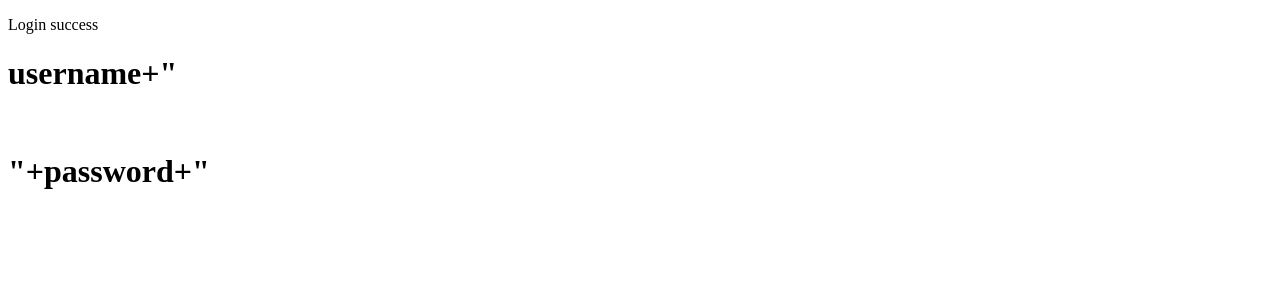
Repository: Bindu2296/allProjects
Page: http://localhost/Jspforms/log.jsp
These files come from the project's save history. The page is drawn as it stood at one moment and after the next save; the edit follows.
The browser window is 1280 px wide. The pictures show the whole page.
The page is served by Tomcat 9.

Above is the page before, as saved 2019-03-26 11:48:42.

After the next save:
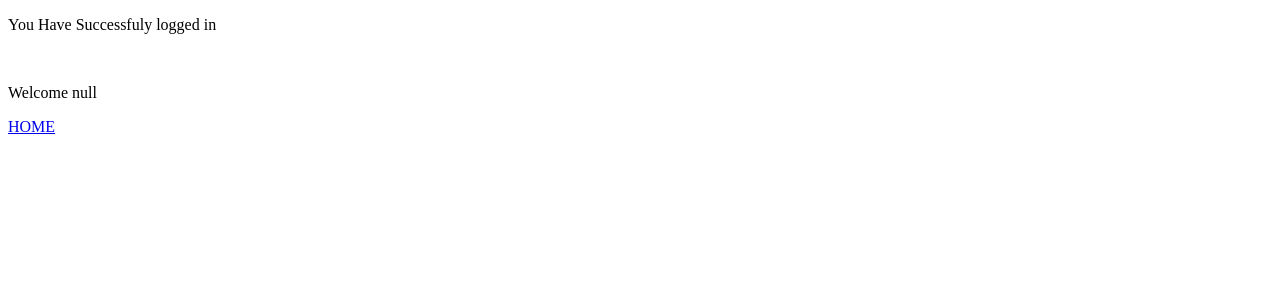
Saved 3 min 27 s later.
--- a/Jspforms/src/main/webapp/log.jsp
+++ b/Jspforms/src/main/webapp/log.jsp
@@ -2,5 +2,12 @@
     pageEncoding="ISO-8859-1"%>
 <!DOCTYPE html>
 			<html><body>
-		<p>Login success</p><h1>username+"</h1><br><h1>"+password+"</h1></body>
-		</html>
+<p>You Have Successfuly logged in </p><br></body>
+	<% HttpSession s =request.getSession();
+
+	String uname=(String) s.getAttribute("firstname");
+	String pword=(String) s.getAttribute("lastname");%>
+
+
+	<p>Welcome <% out.println(uname); %></p> </p>
+	<a href='index.jsp'>HOME</a></body>		</html>
